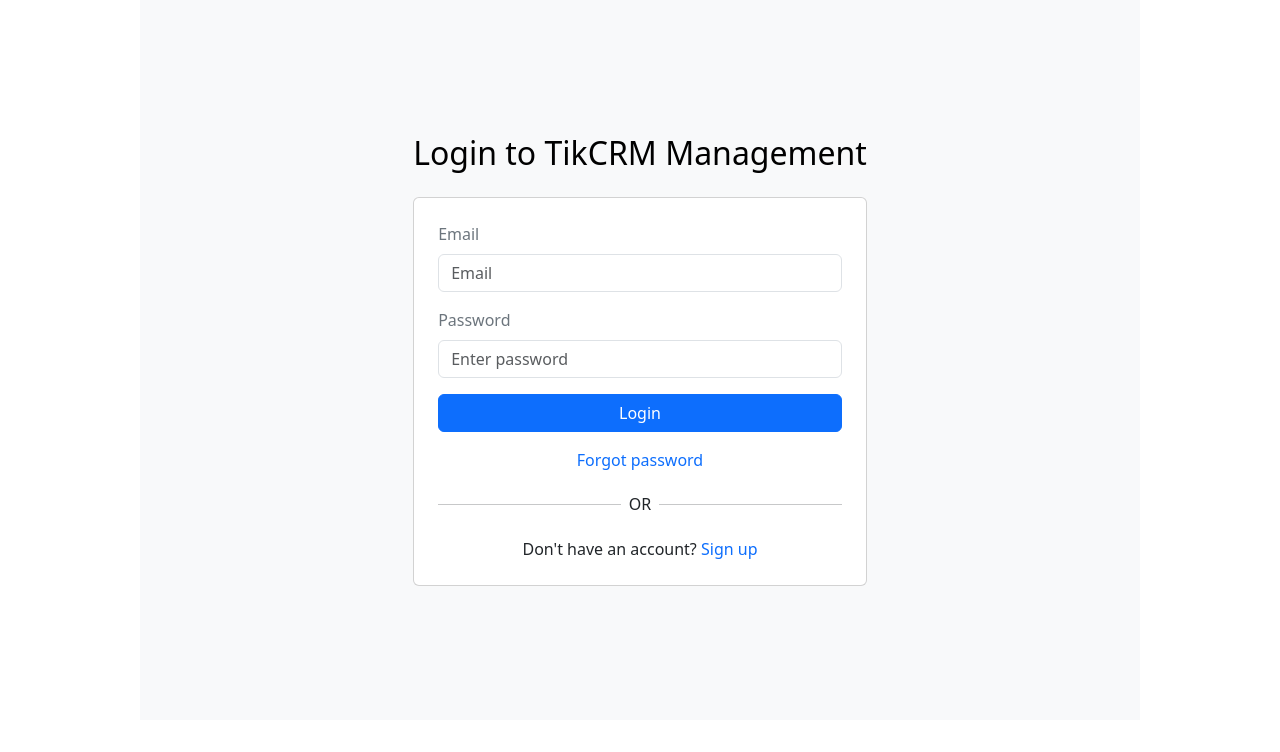
Repository: chaolaolo/tikcrm-fe
Page: /
An editor plug-in stored every save of this project. The page is shown before and after the next save, followed by the edit.
The browser window is 1280 px wide. The pictures show the whole page.
The project was rebuilt for these pictures with package versions that can differ from the ones it lists, and the page was loaded fresh each time. Also part of the build but not shown: vite.config.ts, src/pages/Home/Settings.tsx, src/pages/Home/HomePage.tsx. Imported but missing from the stored project, and not drawn on this page: src/pages/Home/Dashboard, src/pages/Register/RegisterPage.

Above is the page before, as saved 2025-05-22 22:05:01.

After the next save:
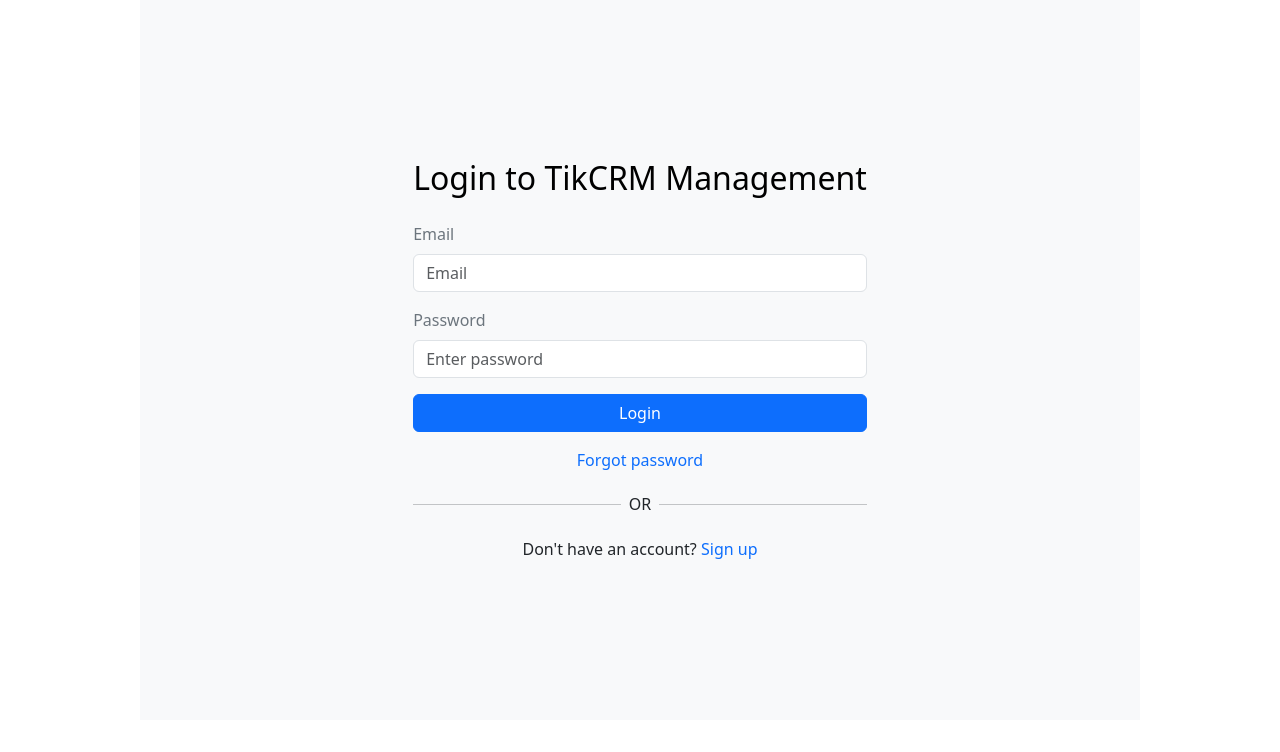
Saved 6 s later.
--- a/src/pages/Auth/LoginPage.tsx
+++ b/src/pages/Auth/LoginPage.tsx
@@ -8,7 +8,7 @@
       <div>
         <h2 className="text-center mb-4 text-black">Login to TikCRM Management</h2>
         {/* <div className="card p-4" style={{ width: '100%', maxWidth: '600px', minWidth: '50%', boxShadow: '0 4px 12px rgba(0, 0, 0, 0.1)' }}> */}
-        <div className="card p-4"         >
+        <div className=""         >
           <form>
             <div className="mb-3 text-start">
               <label htmlFor="email" className="form-label text-secondary">Email</label>

After the save that followed:
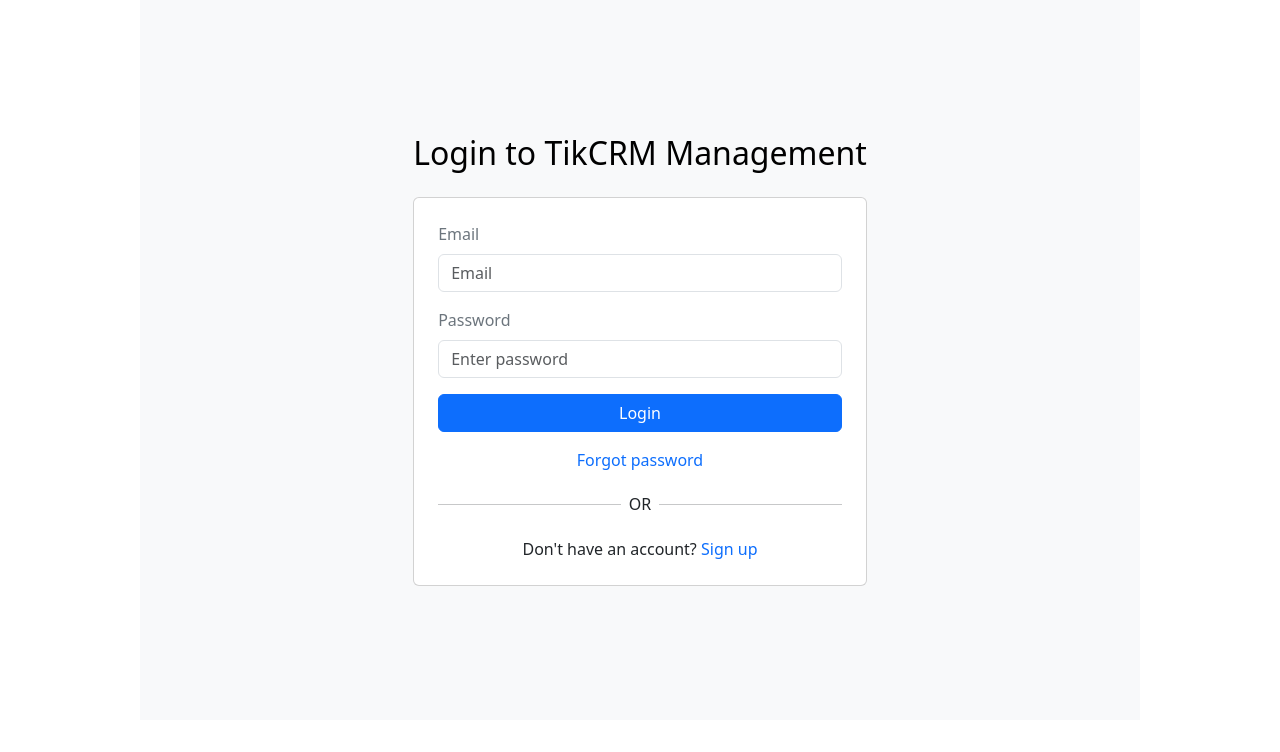
Saved 8 s later.
--- a/src/pages/Auth/LoginPage.tsx
+++ b/src/pages/Auth/LoginPage.tsx
@@ -8,7 +8,8 @@
       <div>
         <h2 className="text-center mb-4 text-black">Login to TikCRM Management</h2>
         {/* <div className="card p-4" style={{ width: '100%', maxWidth: '600px', minWidth: '50%', boxShadow: '0 4px 12px rgba(0, 0, 0, 0.1)' }}> */}
-        <div className=""         >
+        <div className="card p-4"
+        >
           <form>
             <div className="mb-3 text-start">
               <label htmlFor="email" className="form-label text-secondary">Email</label>
